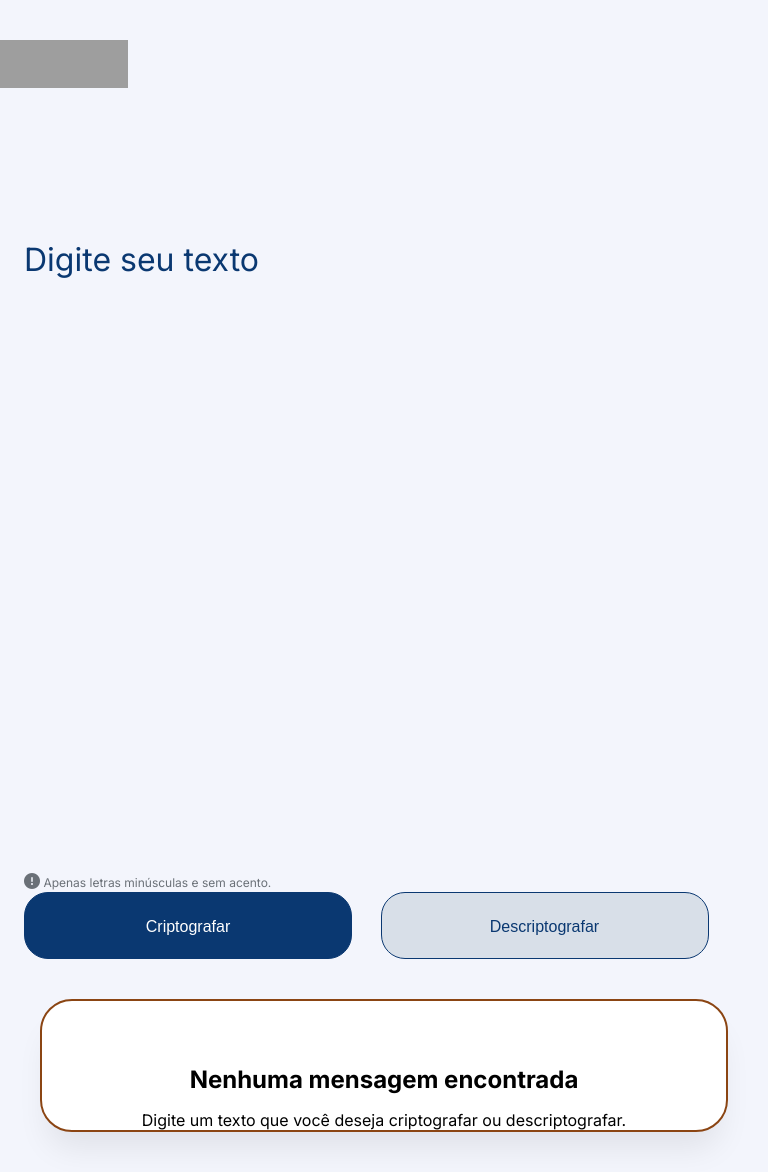
Repository: CarlosEduardoVdeOliveira/descodificador-de-texto
Page: index.html
An editor plug-in stored every save of this project. The page is shown before and after the next save, followed by the edit.
The browser window is 768 px wide. The pictures show the whole page.
Pictures or frames that could not be fetched are drawn as grey boxes.

Above is the page before, as saved 2023-04-13 08:24:00.

After the next save:
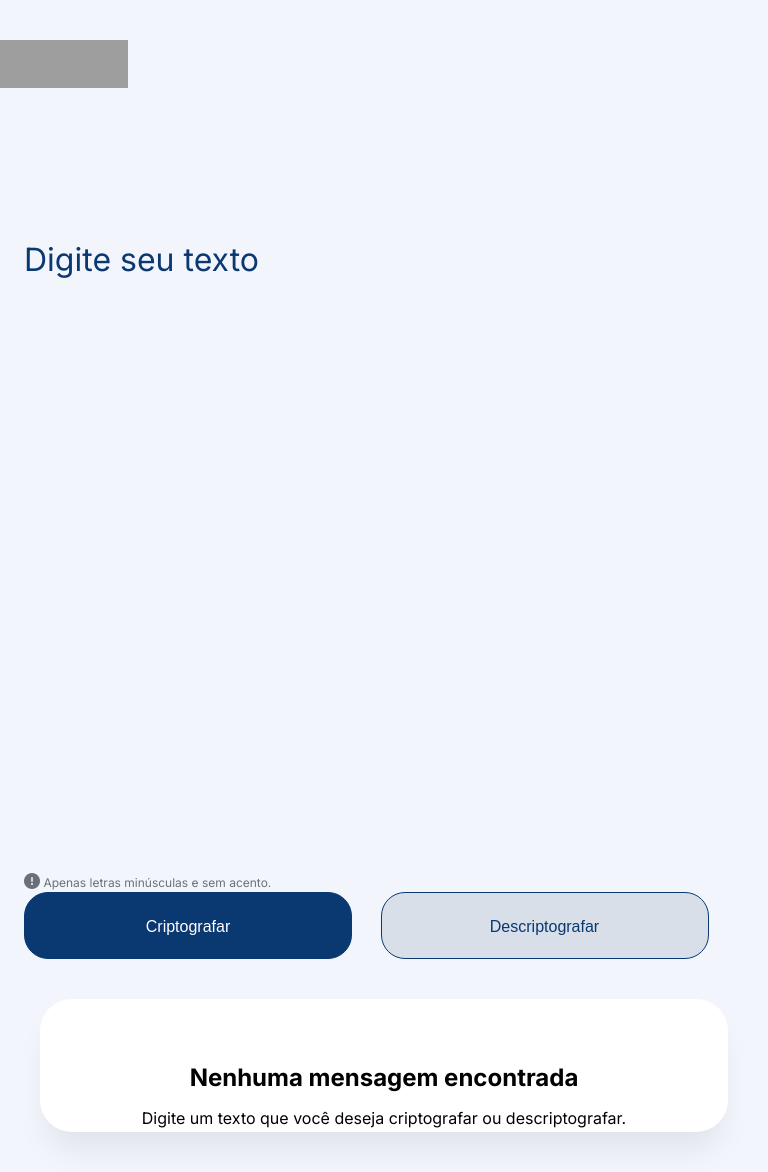
Saved 24 s later.
--- a/public/styles/tablet.css
+++ b/public/styles/tablet.css
@@ -8,7 +8,6 @@
    .text-cryption{
       width: 43rem;
       height: 8.313rem;
-      border: 2px solid saddlebrown;
       padding: 2rem;
    }
    .text-cryption img{
